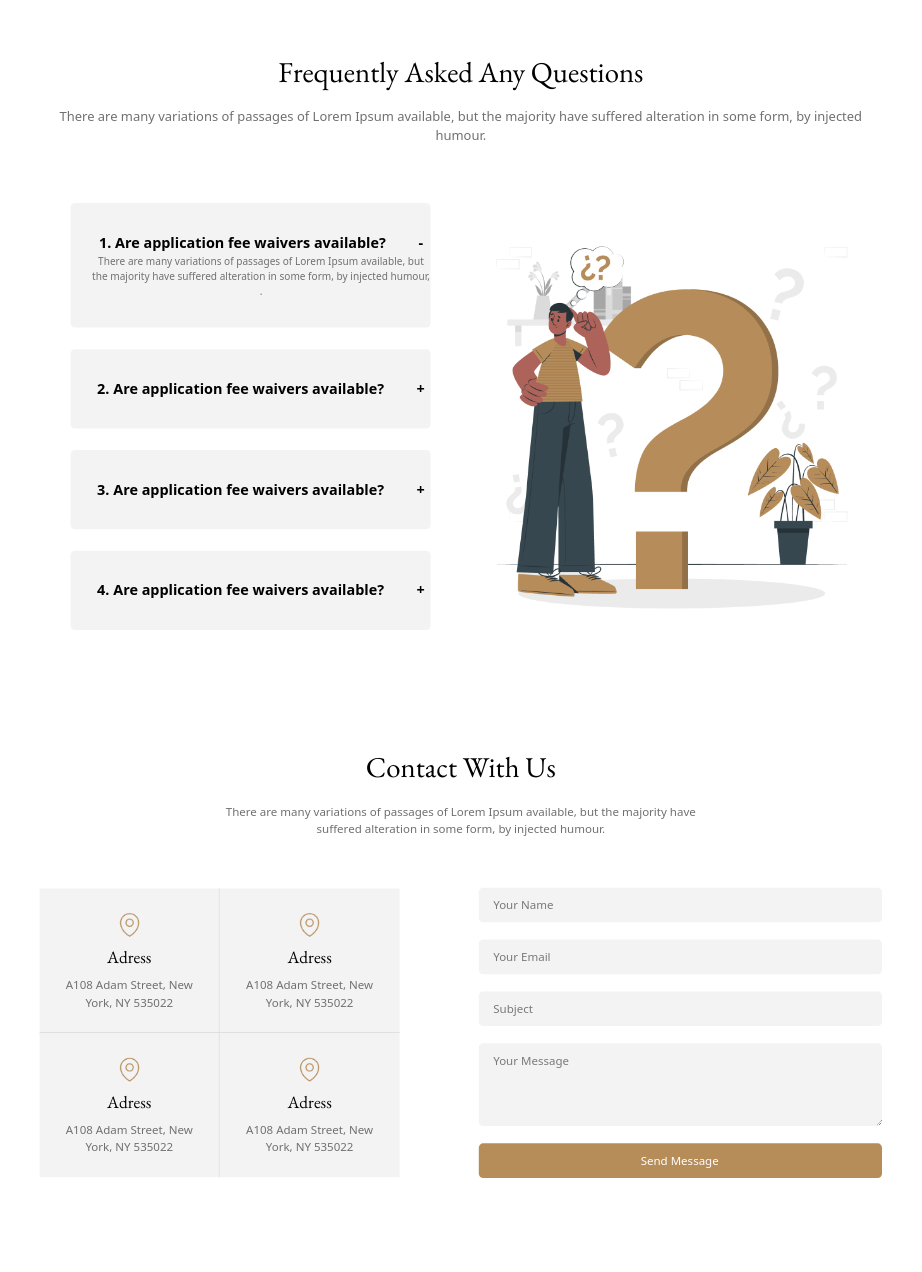
Repository: nahid-hasann/website-6
Page: index.html
These files come from the project's save history. The page is drawn as it stood at one moment and after the next save; the edit follows.
The browser window is 1280 px wide. The pictures show the whole page, at 72% of full size.

Above is the page before, as saved 2025-07-22 13:08:30.

### index.html
<!DOCTYPE html>
<html lang="en">
<head>
    <meta charset="UTF-8">
    <meta name="viewport" content="width=device-width, initial-scale=1.0">
    <script src="https://cdn.jsdelivr.net/npm/@tailwindcss/browser@4"></script>
    <title>Document</title>
    <link rel="stylesheet" href="style.css">
    <link rel="stylesheet" href="https://cdnjs.cloudflare.com/ajax/libs/font-awesome/6.7.2/css/all.min.css" integrity="sha512-Evv84Mr4kqVGRNSgIGL/F/aIDqQb7xQ2vcrdIwxfjThSH8CSR7PBEakCr51Ck+w+/U6swU2Im1vVX0SVk9ABhg==" crossorigin="anonymous" referrerpolicy="no-referrer" />
</head>
<body>

<header class="hidden">

<div class="flex mx-auto w-[1170px]  justify-between items-center my-[30px] ">
    <div>
        <img src="images/logo2.png" alt="">
    </div>
    <div>
        <ul class="flex gap-[20px] text-[#707070]">
            <li><a href="">Home</a></li>
            <li><a href="">Service<i class="fa-solid fa-angle-right ml-[10px]"></i></a></li>
            <li><a href="">Cases<i class="fa-solid fa-angle-right ml-[10px]"></i></a></li>
            <li><a href="">Blog<i class="fa-solid fa-angle-right ml-[10px]"></i></a></li>
            <li><a href="">Contact us<i class="fa-solid fa-angle-right ml-[10px]"></i></a></li>
        </ul>
    </div>
    <div>
        <button class="bg-[#b68c59] py-[12px] px-[22px] text-white rounded-md" >Free Consultation</button>
    </div>
</div>


<div class="banner-img w-[1170px] h-[550px] mx-auto  flex flex-col items-center justify-center mt-[60px] mb-[130px]">
      <div class="banner-content w-[692px]">
         <h1 class="text-[72px] text-center text-white leading-none">We Provide Effective  Legal Solutions</h1>
       <p class="my-[30px] text-center  text-[#E7E7E7]">There are many variations of passages of Lorem Ipsum available, but the majority have suffered alteration in some form, by injected humour.</p>
       <div class="flex justify-center gap-[40px]">
        <input class="bg-white py-[12px] px-[30px] pr-[70px] w-[500px] rounded-md" type="text" name="" placeholder="Search your services" id="">
        <button class="bg-[#b68c59] py-[12px] px-[22px] text-white rounded-md" >Search</button>
       </div>
      </div>
</div>


</header>


<main>
    <section class="card-section xl:w-[1170px] mx-auto lg:mb-[130px] hidden">
        <div class="card-content">
            <h1 class="eb-garamond-ok text-[40px] text-center ">The Legal Practice Area</h1>
            <p class="text-center text-[#707070] my-[20px]">There are many variations of passages of Lorem Ipsum available, but the majority have <br> suffered alteration in some form, by injected humour.</p>
        </div>

        <div class="card-div mt-[100px] grid grid-cols-3">
            <div class="card py-[70px]  border-r border-[#E7E7E7]  border-b  flex flex-col items-center justify-center text-center">
                  <img src="images/business.png" alt="">
                  <h1 class="text-[32px] my-[15px]">Business Law</h1>
                  <p class="text-[#707070] w-[258px] mb-[15px]">There are many variations of passages of Lorem Ipsum available, but the majority have suffered alteration in some form, by injected humour.</p>
                  <img src="images/Frame.png" alt="">
            </div>

             <div class="card bg-[linear-gradient(to_bottom,_#f3f3f3,_#ffffff)]   py-[70px] border-[#E7E7E7] border-r border-b flex flex-col items-center justify-center text-center">
                  <img src="images/criminal.png" alt="">
                  <h1 class="text-[32px] my-[15px]">Criminal Law</h1>
                  <p class="text-[#707070] w-[258px] mb-[15px]">There are many variations of passages of Lorem Ipsum available, but the majority have suffered alteration in some form, by injected humour.</p>
                  <img src="images/Frame.png" alt="">
            </div>

             <div class="card  py-[70px] border-[#E7E7E7] border-b flex flex-col items-center justify-center text-center">
                  <img src="images/child.png" alt="">
                  <h1 class="text-[32px] my-[15px]">Child Support</h1>
                  <p class="text-[#707070] w-[258px] mb-[15px]">There are many variations of passages of Lorem Ipsum available, but the majority have suffered alteration in some form, by injected humour.</p>
                  <img src="images/Frame.png" alt="">
            </div>

             <div class="card border-r border-[#E7E7E7]  py-[70px] flex flex-col items-center justify-center text-center">
                  <img src="images/education.png" alt="">
                  <h1 class="text-[32px] my-[15px]">Education Law</h1>
                  <p class="text-[#707070] w-[258px] mb-[15px]">There are many variations of passages of Lorem Ipsum available, but the majority have suffered alteration in some form, by injected humour.</p>
                  <img src="images/Frame.png" alt="">
            </div>

             <div class="card border-r border-[#E7E7E7]  py-[70px] flex flex-col items-center justify-center text-center">
                  <img src="images/divorce.png" alt="">
                  <h1 class="text-[32px] my-[15px]">Divorce Law</h1>
                  <p class="text-[#707070] w-[258px] mb-[15px]">There are many variations of passages of Lorem Ipsum available, but the majority have suffered alteration in some form, by injected humour.</p>
                  <img src="images/Frame.png" alt="">
            </div>

             <div class="card  py-[70px] flex flex-col items-center justify-center text-center">
                  <img src="images/tax.png" alt="">
                  <h1 class="text-[32px] my-[15px]">Tax Law</h1>
                  <p class="text-[#707070] w-[258px] mb-[15px]">There are many variations of passages of Lorem Ipsum available, but the majority have suffered alteration in some form, by injected humour.</p>
                  <img src="images/Frame.png" alt="">
            </div>
        </div>
    </section>

    <section class="question-section lg:mb-[130px] xl:w-[1170px] sm:my-[70px] mx-auto">
         <h1 class="eb-garamond-ok xl:text-[40px] lg:text-[30px] sm:text-[25px] text-center">Frequently Asked Any Questions</h1>
         <p class="xl:text-[18px] text-center text-[#707070] mt-[18px] sm:text-[13px] sm:px-[20px] mb-[40px]">There are many variations of passages of Lorem Ipsum available, but the majority have suffered alteration in some form, by injected humour.</p>

         <div class="ques-img lg:flex lg:justify-around lg:items-center lg:mt-[80px] ">
             <div class="lg:w-[45%]">
                 <div class=" bg-[#f3f3f3] pl-[30px] py-[40px] rounded-md mb-[30px] sm:text-center sm:w-[500px] mx-auto">
                    <h1 class="lg:text-[18px] xl:text-[20px] font-extrabold ">1. Are application fee waivers available? <span class="ml-[40px]">-</span> </h1>
                    <p class="text-[#707070] lg:text-[14px]">There are many variations of passages of Lorem Ipsum available, but the majority have suffered alteration in some form, by injected humour, . </p>
                 </div>
                 <div class=" bg-[#f3f3f3] pl-[30px] py-[40px] rounded-md mb-[30px] sm:text-center sm:w-[500px] mx-auto">
                    <h1 class="lg:text-[18px] xl:text-[20px] font-extrabold">2. Are application fee waivers available? <span class="ml-[40px]">+</span> </h1>
                 </div>
                 <div class=" bg-[#f3f3f3] pl-[30px] py-[40px] rounded-md mb-[30px] sm:text-center sm:w-[500px] mx-auto">
                    <h1 class="lg:text-[18px] xl:text-[20px] font-extrabold">3. Are application fee waivers available? <span class="ml-[40px]">+</span> </h1>
                 </div>
                 <div class=" bg-[#f3f3f3] pl-[30px] py-[40px] rounded-md mb-[30px] sm:text-center sm:w-[500px] mx-auto">
                    <h1 class="lg:text-[18px] xl:text-[20px] font-extrabold">4. Are application fee waivers available? <span class="ml-[40px]">+</span> </h1>
                 </div>
             </div>
             <div class="lg:w-[45%]">
                <img src="images/faq.png" alt="" class="max-w-full sm:w-[500px] sm:mx-auto">
             </div>
         </div>
    </section>


    <section class="contact-form-section lg:mb-[130px] xl:w-[1170px] lg:w-[900px] sm:my-[70px] mx-auto">
         <h1 class="eb-garamond-ok text-[40px] text-center ">Contact With Us</h1>
            <p class="text-center text-[#707070] my-[20px]">There are many variations of passages of Lorem Ipsum available, but the majority have <br> suffered alteration in some form, by injected humour.</p>

            <div class="contact lg:grid lg:grid-cols-2 lg:justify-center lg:items-center lg:gap-x-[50px] mt-[70px]">
                 <div class="contact-info lg:grid lg:grid-cols-2 sm:w-[500px]">
                <div class="bg-[#f3f3f3] p-[30px] flex flex-col justify-center items-center text-center border-b border-r border-[#CFCFCF]">
                    <img class="mx-auto" src="images/location.png" alt="">
                    <h1 class="eb-garamond-ok text-[24px] my-[8px]">Adress</h1>
                    <p class="text-[#707070]">A108 Adam Street, New York, NY 535022</p>
                </div>
                <div class="bg-[#f3f3f3] p-[30px] flex flex-col justify-center items-center text-center border-b border-[#CFCFCF]">
                    <img class="mx-auto" src="images/location.png" alt="">
                    <h1 class="eb-garamond-ok text-[24px] my-[8px]">Adress</h1>
                    <p class="text-[#707070]">A108 Adam Street, New York, NY 535022</p>
                </div>
                <div class="bg-[#f3f3f3] p-[30px] flex flex-col justify-center items-center text-center border-r border-[#CFCFCF]">
                    <img class="mx-auto" src="images/location.png" alt="">
                    <h1 class="eb-garamond-ok text-[24px] my-[8px]">Adress</h1>
                    <p class="text-[#707070]">A108 Adam Street, New York, NY 535022</p>
                </div>
                <div class="bg-[#f3f3f3] p-[30px] lg:flex lg:flex-col lg:justify-center lg:items-center text-center">
                    <img class="mx-auto" src="images/location.png" alt="">
                    <h1 class="eb-garamond-ok text-[24px] my-[8px]">Adress</h1>
                    <p class="text-[#707070]">A108 Adam Street, New York, NY 535022</p>
                </div>
            </div>
            <div class="contact-form lg:flex lg:flex-col xl:w-[560px] lg:w-[425px] sm:w-[500px] sm:flex sm:flex-col sm:justify-center sm:items-center">
                <input class="w-full bg-[#f3f3f3] py-[12px] pl-[20px] pr-[100px] rounded-md" type="text" name="" placeholder="Your Name" id=""> <br>
                <input class="w-full py-[12px] pl-[20px] pr-[100px] bg-[#f3f3f3] rounded-md" type="email" name="" placeholder="Your Email" id=""> <br>
                <input class="w-full py-[12px] pl-[20px] pr-[100px] bg-[#f3f3f3] rounded-md" type="text" name="" placeholder="Subject" id=""> <br>
                <textarea class="w-full pt-[12px] pb-[55px] pl-[20px] pr-[100px] bg-[#f3f3f3] rounded-md" name="" placeholder="Your Message" id=""></textarea> <br>
                <button class="w-full  pl-[20px]  bg-[#b68c59] py-[12px] px-[22px] text-white rounded-md" >Send Message<button>
            </div>
            </div>
    </section>

</main>



</body>
</html>

### style.css
@import url('https://fonts.googleapis.com/css2?family=EB+Garamond:ital,wght@0,400..800;1,400..800&display=swap');


.eb-garamond-ok {
  font-family: "EB Garamond", serif;
  font-optical-sizing: auto;
  font-style: normal;
}


.banner-img{
    background-image: linear-gradient(rgba(0, 0, 0, 0.5), rgba(0, 0, 0, 0.5)), url('images/banner.png');
}

After the next save:
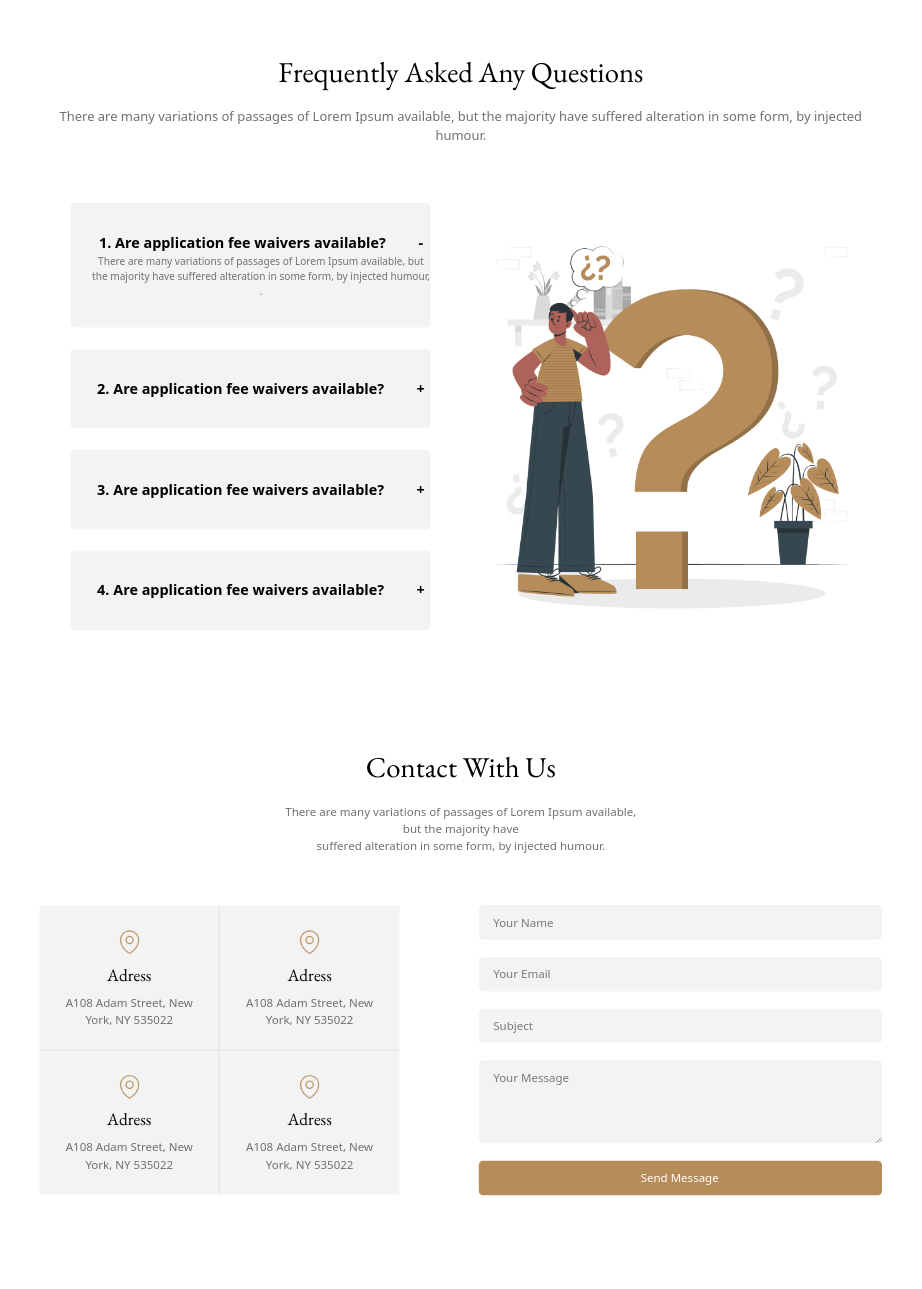
Saved 3 min 50 s later.
--- a/index.html
+++ b/index.html
@@ -127,7 +127,7 @@
 
     <section class="contact-form-section lg:mb-[130px] xl:w-[1170px] lg:w-[900px] sm:my-[70px] mx-auto">
          <h1 class="eb-garamond-ok text-[40px] text-center ">Contact With Us</h1>
-            <p class="text-center text-[#707070] my-[20px]">There are many variations of passages of Lorem Ipsum available, but the majority have <br> suffered alteration in some form, by injected humour.</p>
+            <p class="text-center text-[#707070] my-[20px]">There are many variations of passages of Lorem Ipsum available,<br> but the majority have <br> suffered alteration in some form, by injected humour.</p>
 
             <div class="contact lg:grid lg:grid-cols-2 lg:justify-center lg:items-center lg:gap-x-[50px] mt-[70px]">
                  <div class="contact-info lg:grid lg:grid-cols-2 sm:w-[500px]">

After the save that followed:
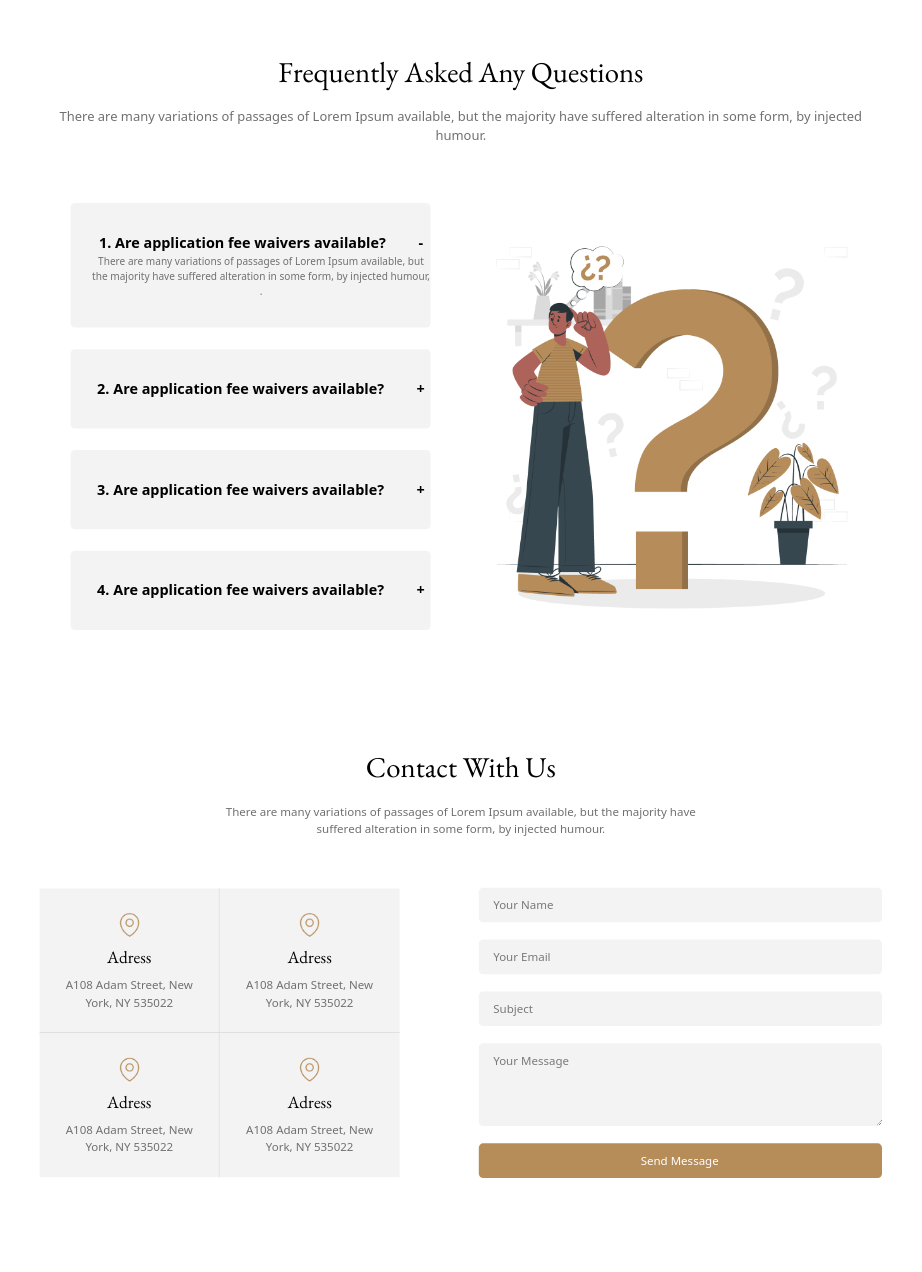
Saved 7 s later.
--- a/index.html
+++ b/index.html
@@ -127,7 +127,7 @@
 
     <section class="contact-form-section lg:mb-[130px] xl:w-[1170px] lg:w-[900px] sm:my-[70px] mx-auto">
          <h1 class="eb-garamond-ok text-[40px] text-center ">Contact With Us</h1>
-            <p class="text-center text-[#707070] my-[20px]">There are many variations of passages of Lorem Ipsum available,<br> but the majority have <br> suffered alteration in some form, by injected humour.</p>
+            <p class="text-center text-[#707070] my-[20px]">There are many variations of passages of Lorem Ipsum available, but the majority have <br> suffered alteration in some form, by injected humour.</p>
 
             <div class="contact lg:grid lg:grid-cols-2 lg:justify-center lg:items-center lg:gap-x-[50px] mt-[70px]">
                  <div class="contact-info lg:grid lg:grid-cols-2 sm:w-[500px]">
